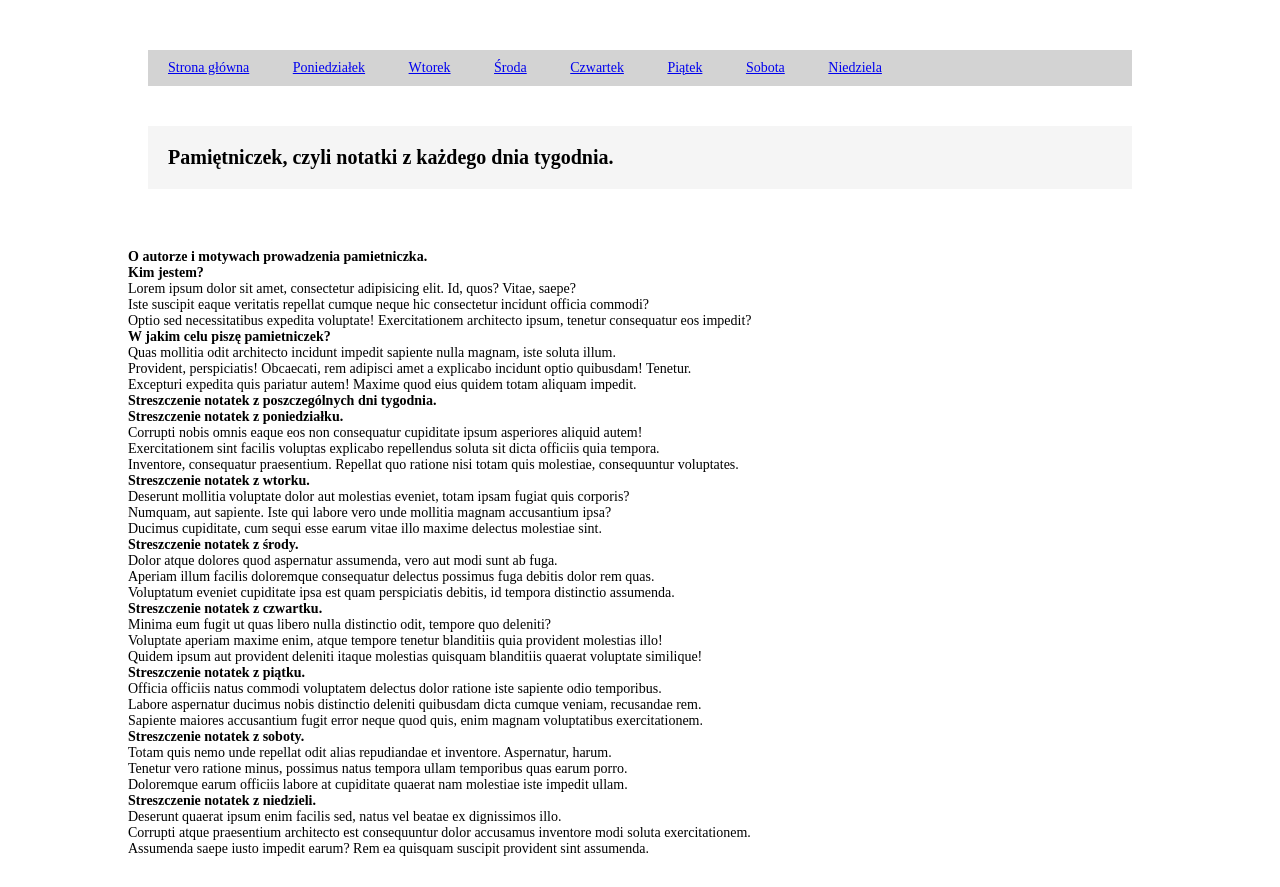
Repository: ArturNatwora/hompage
Page: index.html
These files come from the project's save history. The page is drawn as it stood at one moment and after the next save; the edit follows.
The browser window is 1280 px wide. The pictures show the whole page.

Above is the page before, as saved 2019-06-11 18:23:15.

### index.html
<!DOCTYPE html>
<html lang="pl">

<head>
    <meta charset="UTF-8">
    <meta name="viewport" content="width=device-width, initial-scale=1.0">
    <meta http-equiv="X-UA-Compatible" content="ie=edge">
    <link rel="stylesheet" href="index.css">
    <title>Strona domowa w ramach kursu WTf CO TEN FRONTEND.</title>
</head>

<body>
    <header class="bodyHeader">
        <nav class="bodyHeader__nav">
            <ul class="bodyHeader__navListLink" >
                <li class="bodyHeader__navItemLink"><a class="bodyHeader__navLink" href="index.html">Strona główna</a></li>
                <li class="bodyHeader__navItemLink"><a class="bodyHeader__navLink" href="./days/1.html">Poniedziałek</a></li>
                <li class="bodyHeader__navItemLink"><a class="bodyHeader__navLink" href="./days/2.html">Wtorek</a></li>
                <li class="bodyHeader__navItemLink"><a class="bodyHeader__navLink" href="./days/3.html">Środa</a></li>
                <li class="bodyHeader__navItemLink"><a class="bodyHeader__navLink" href="./days/4.html">Czwartek</a></li>
                <li class="bodyHeader__navItemLink"><a class="bodyHeader__navLink" href="./days/5.html">Piątek</a></li>
                <li class="bodyHeader__navItemLink"><a class="bodyHeader__navLink" href="./days/6.html">Sobota</a></li>
                <li class="bodyHeader__navItemLink"><a class="bodyHeader__navLink" href="./days/7.html">Niedziela</a></li>
            </ul>
        </nav>
        <h1 class="bodyHeader__title">Pamiętniczek, czyli notatki z każdego dnia tygodnia.</h1>
    </header>
    <main class="main">
        <secion class="secion">
            <h2 class="section__title">O autorze i motywach prowadzenia pamietniczka.</h2>
            <article class="article">
                <h3 class="article__title">Kim jestem?</h3>
                <p>Lorem ipsum dolor sit amet, consectetur adipisicing elit. Id, quos? Vitae, saepe?</p>
                <p>Iste suscipit eaque veritatis repellat cumque neque hic consectetur incidunt officia commodi?</p>
                <p>Optio sed necessitatibus expedita voluptate! Exercitationem architecto ipsum, tenetur consequatur eos
                    impedit?</p>
            </article>
            <article class="article">

                <h3 class="article__title">W jakim celu piszę pamietniczek?</h3>
                <p>Quas mollitia odit architecto incidunt impedit sapiente nulla magnam, iste soluta illum.</p>
                <p>Provident, perspiciatis! Obcaecati, rem adipisci amet a explicabo incidunt optio quibusdam! Tenetur.
                </p>
                <p>Excepturi expedita quis pariatur autem! Maxime quod eius quidem totam aliquam impedit.</p>
            </article>


            <secion class="secion">
                <h2 class="section__title">Streszczenie notatek z poszczególnych dni tygodnia.</h2>
                <article class="article">
                    <h3 class="article__title">Streszczenie notatek z poniedziałku.</h3>
                    <p>Corrupti nobis omnis eaque eos non consequatur cupiditate ipsum asperiores aliquid autem!</p>
                    <p>Exercitationem sint facilis voluptas explicabo repellendus soluta sit dicta officiis quia
                        tempora.</p>
                    <p>Inventore, consequatur praesentium. Repellat quo ratione nisi totam quis molestiae, consequuntur
                        voluptates.</p>
                </article>
                <article class="article">
                    <h3 class="article__title">Streszczenie notatek z wtorku.</h3>
                    <p>Deserunt mollitia voluptate dolor aut molestias eveniet, totam ipsam fugiat quis corporis?</p>
                    <p>Numquam, aut sapiente. Iste qui labore vero unde mollitia magnam accusantium ipsa?</p>
                    <p>Ducimus cupiditate, cum sequi esse earum vitae illo maxime delectus molestiae sint.</p>
                </article>
                <article class="article">
                    <h3 class="article__title">Streszczenie notatek z środy.</h3>
                    <p>Dolor atque dolores quod aspernatur assumenda, vero aut modi sunt ab fuga.</p>
                    <p>Aperiam illum facilis doloremque consequatur delectus possimus fuga debitis dolor rem quas.</p>
                    <p>Voluptatum eveniet cupiditate ipsa est quam perspiciatis debitis, id tempora distinctio
                        assumenda.</p>
                </article>
                <article class="article">
                    <h3 class="article__title">Streszczenie notatek z czwartku.</h3>
                    <p>Minima eum fugit ut quas libero nulla distinctio odit, tempore quo deleniti?</p>
                    <p>Voluptate aperiam maxime enim, atque tempore tenetur blanditiis quia provident molestias illo!
                    </p>
                    <p>Quidem ipsum aut provident deleniti itaque molestias quisquam blanditiis quaerat voluptate
                        similique!</p>
                </article>
                <article class="article">
                    <h3 class="article__title">Streszczenie notatek z piątku.</h3>
                    <p>Officia officiis natus commodi voluptatem delectus dolor ratione iste sapiente odio temporibus.
                    </p>
                    <p>Labore aspernatur ducimus nobis distinctio deleniti quibusdam dicta cumque veniam, recusandae
                        rem.</p>
                    <p>Sapiente maiores accusantium fugit error neque quod quis, enim magnam voluptatibus
                        exercitationem.</p>
                </article>
                <article class="article">
                    <h3 class="article__title">Streszczenie notatek z soboty.</h3>
                    <p>Totam quis nemo unde repellat odit alias repudiandae et inventore. Aspernatur, harum.</p>
                    <p>Tenetur vero ratione minus, possimus natus tempora ullam temporibus quas earum porro.</p>
                    <p>Doloremque earum officiis labore at cupiditate quaerat nam molestiae iste impedit ullam.</p>
                </article>
                <article class="article">
                    <h3 class="article__title">Streszczenie notatek z niedzieli.</h3>
                    <p>Deserunt quaerat ipsum enim facilis sed, natus vel beatae ex dignissimos illo.</p>
                    <p>Corrupti atque praesentium architecto est consequuntur dolor accusamus inventore modi soluta
                        exercitationem.</p>
                    <p>Assumenda saepe iusto impedit earum? Rem ea quisquam suscipit provident sint assumenda.</p>
                </article>
            </secion>


    </main>
    <script src="index.js"></script>
</body>

</html>

### index.css

*{
    margin: 0;
    padding: 0;
    box-sizing: border-box;
    font-size: 14px;
}


body{
    width: 80%;
    margin: 30px auto;
}

.bodyHeader {
    width: 100%;
    padding: 20px;
    display: block;
    position: relative;


}
.bodyHeader__nav{
    background: lightgrey;
    width: 100%;
    height: auto;

    display: block;
}
.bodyHeader__navListLink {
    width: 100%;
    list-style: none;
    display: block;
}
.bodyHeader__navItemLink{
    display: inline-block;
    margin: 10px 20px;
}

.bodyHeader__title{
    font-size: 20px;
    display: block;
    margin:40px 0;
    padding: 20px;
    background: whitesmoke;
}
.section{
    padding: 20px;
    border-radius: 2px solid;
}

Loaded but not shown: index.js (no copy from this time; the picture is the same without it)

After the next save:
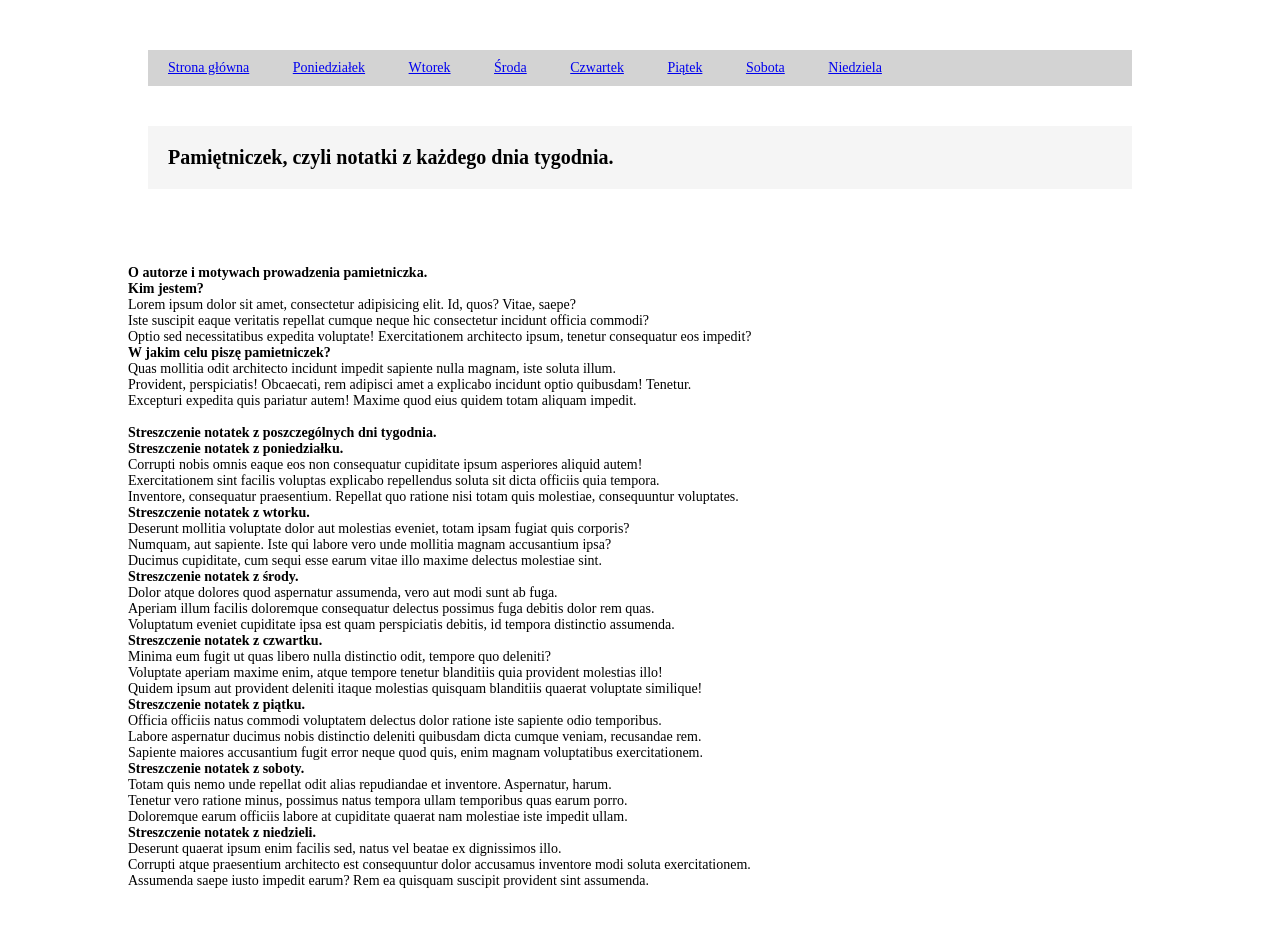
Saved 2 min 7 s later.
--- a/index.html
+++ b/index.html
@@ -26,7 +26,7 @@
         <h1 class="bodyHeader__title">Pamiętniczek, czyli notatki z każdego dnia tygodnia.</h1>
     </header>
     <main class="main">
-        <secion class="secion">
+        <secion class="section">
             <h2 class="section__title">O autorze i motywach prowadzenia pamietniczka.</h2>
             <article class="article">
                 <h3 class="article__title">Kim jestem?</h3>
@@ -45,7 +45,7 @@
             </article>
 
 
-            <secion class="secion">
+            <secion class="section">
                 <h2 class="section__title">Streszczenie notatek z poszczególnych dni tygodnia.</h2>
                 <article class="article">
                     <h3 class="article__title">Streszczenie notatek z poniedziałku.</h3>
